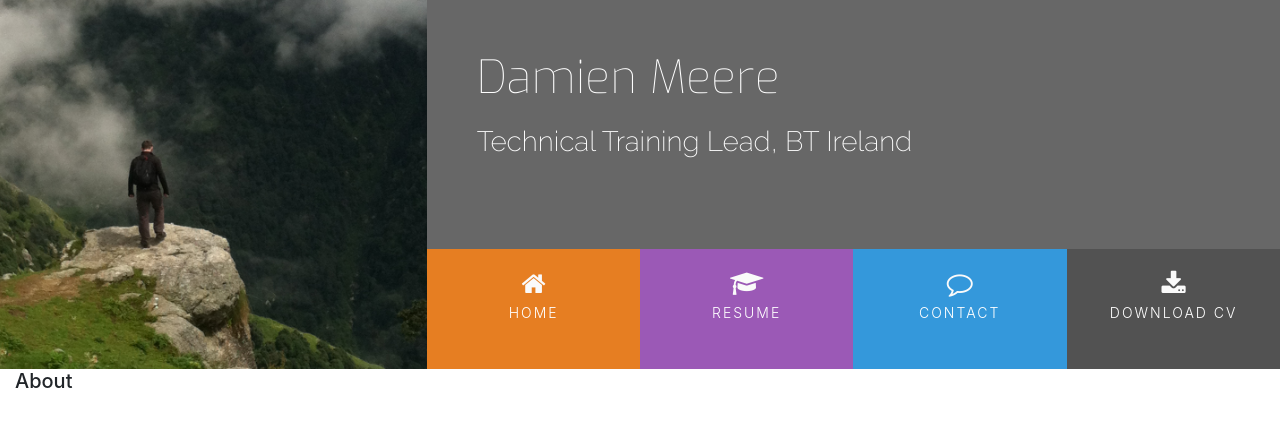
Repository: damien-meere/cv_site_project
Page: index.html
The author's editor kept a record of every edit. The page is drawn from the files as they stood at one moment, then again after the next edit.
The browser window is 1280 px wide. The pictures show the whole page.

Above is the page before.

### index.html
<!DOCTYPE html>
<html lang="en">

<head>
    <meta charset="UTF-8">
    <meta name="viewport" content="width=device-width, initial-scale=1.0">
    <meta http-equiv="X-UA-Compatible" content="ie=edge">
    <link rel="stylesheet" href="https://stackpath.bootstrapcdn.com/bootstrap/4.3.1/css/bootstrap.min.css" type="text/css" />
    <link rel="stylesheet" href="https://stackpath.bootstrapcdn.com/font-awesome/4.7.0/css/font-awesome.min.css" type="text/css" />
    <link rel="stylesheet" href="https://cdnjs.cloudflare.com/ajax/libs/hover.css/2.3.1/css/hover-min.css" type="text/css" />
    <link rel="stylesheet" href="assets/css/style.css" type="text/css" />
    <title>Damien Meere CV</title>
</head>

<body>
    <header>
        <div class="row no-gutters">
            <a href="index.html" class="col-md-4 logo"></a>
            <div class="col-md-8">
                <div class="row bg-color-name-title no-gutters">
                    <div class="col heading">
                        <h1 class="name">Damien Meere</h1>
                        <h2 class="title">Technical Training Lead, BT Ireland</h2>
                    </div>
                </div>
                <div class="row no-gutters">
                    <div class="col">
                        <ul id="nav" class="list-inline menu-container">
                            <!--the i element with fa is a font awesome icon. Aria hidden means this icon is ignored by screen readers-->
                            <li class="col-6 col-sm-3 list-inline-item ui-menu-color-home menuitem">
                                <a href="#" class="hvr-sweep-to-bottom"><i class="fa fa-home" aria-hidden="true"></i><span>Home</span></a>
                            </li>
                            <li class="col-6 col-sm-3 list-inline-item ui-menu-color-resume menuitem">
                                <a href="#" class="hvr-sweep-to-bottom"><i class="fa fa-graduation-cap" aria-hidden="true"></i><span>Resume</span></a>
                            </li>
                            <li class="col-6 col-sm-3 list-inline-item ui-menu-color-contact menuitem">
                                <a href="#" class="hvr-sweep-to-bottom"><i class="fa fa-comment-o" aria-hidden="true"></i><span>Contact</span></a>
                            </li>
                            <li class="col-6 col-sm-3 list-inline-item ui-menu-color-download menuitem">
                                <a href="#" class="hvr-sweep-to-bottom"><i class="fa fa-download" aria-hidden="true"></i><span>Download CV</span></a>
                            </li>
                        </ul>
                    </div>
                </div>
            </div>
        </div>
    </header>

    <section>

    </section>

    <footer class="container-fluid">
        <div class="row">
            <div class="col-sm-4">
                <h5>About</h5>
            </div>
            <div class="col-sm-4">

            </div>
            <div class="col-sm-4">

            </div>
        </div>

    </footer>


</body>

</html>

### assets/css/style.css
@import url('https://fonts.googleapis.com/css?family=Raleway:100,200,300,400,500.600,700|Exo:100,200,300,400,500.600,700');

/*--------------------------------------------------Colours*/
.bg-color-name-title{
    background-color: #676767;
}

.ui-menu-color-home {
    background-color: #e67e22;
}

.ui-menu-color-resume {
    background-color: #9b59b6;
}

.ui-menu-color-contact {
    background-color: #3498db;
}

.ui-menu-color-download {
    background-color: #525252;
}

/*--------------------------------------------------Headings*/



/*--------------------------------------------------Headings*/
header {
    margin: 0;
}

.heading{
    margin-left: 50px;
}

.logo {
    background: url("../images/logo_image.jpg");
    background-position: center;
    background-repeat: no-repeat;
    background-size: cover;
    min-height: 360px;
    transition: all .5s ease-in-out;
    -moz-transition: all .5s ease-in-out;
    -webkit-transition: all .5s ease-in-out;
}

.name {
    font-family: "Exo", sans-serif;
    font-weight: 100;
    font-size: 46px;
    margin-top: 50px;
    color: #fff;
}

.title {
    font-family: "Raleway", sans-serif;
    font-weight: 200;
    font-size: 28px;
    margin-top: 20px;
    margin-bottom: 90px;
    color: #fff;
}

.list-inline-item:not(:last-child) {
    margin: 0;
}

.menu-container {
    font-size: 0;
}

#nav {
    margin: 0;
}

#nav li {
    font-size: 14px;
    padding: 0;
}

.menuitem {
    height: 120px;
    text-align: center;
    padding: 0;
}

.menuitem a{
    width: 100%;
    text-decoration: none;
    color: #fff;
    height: 120px;
}

.menuitem a i {
    padding-top: 22px;
    /*Set to block to ensure icon appears on a new line*/
    display: block;
    color: #fafafa;
    font-size: 26px;
}


.menuitem span {
    display: block;
    width: 100%;
    padding-top: 5px;
    text-align: center;
    text-transform:uppercase;
    font-size: 14px;
    font-weight: 300;
    letter-spacing: 2px;
}

/*--------------------------------------------------Hover Override*/

.hvr-sweep-to-bottom:before{
    /*setting rgb to black, but the transparancy to 0.2, to its a subtle change*/
    background: rgba(0, 0, 0, 0.2);
}

After the next edit:
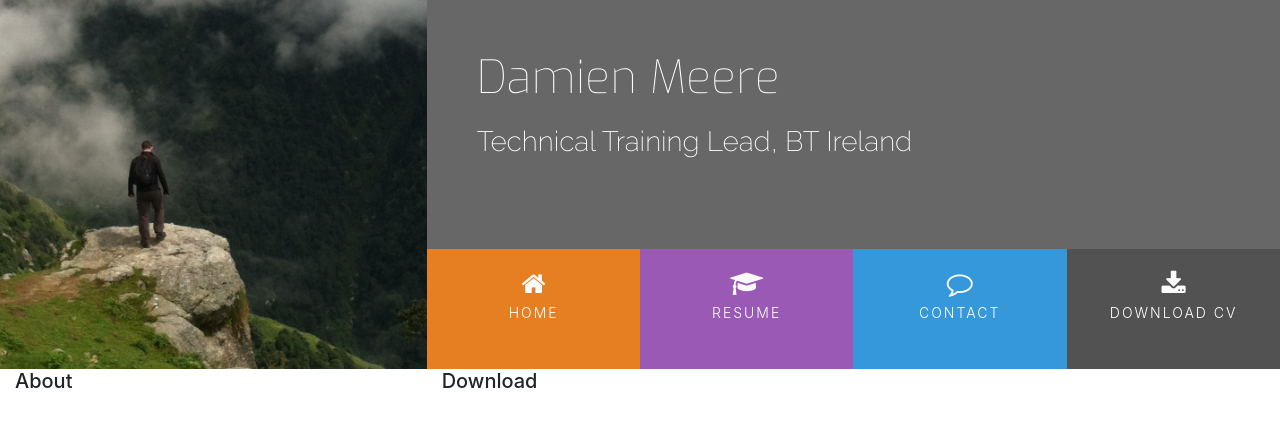
The edit:
--- a/index.html
+++ b/index.html
@@ -56,7 +56,7 @@
                 <h5>About</h5>
             </div>
             <div class="col-sm-4">
-
+                <h5>Download</h5>
             </div>
             <div class="col-sm-4">
 
